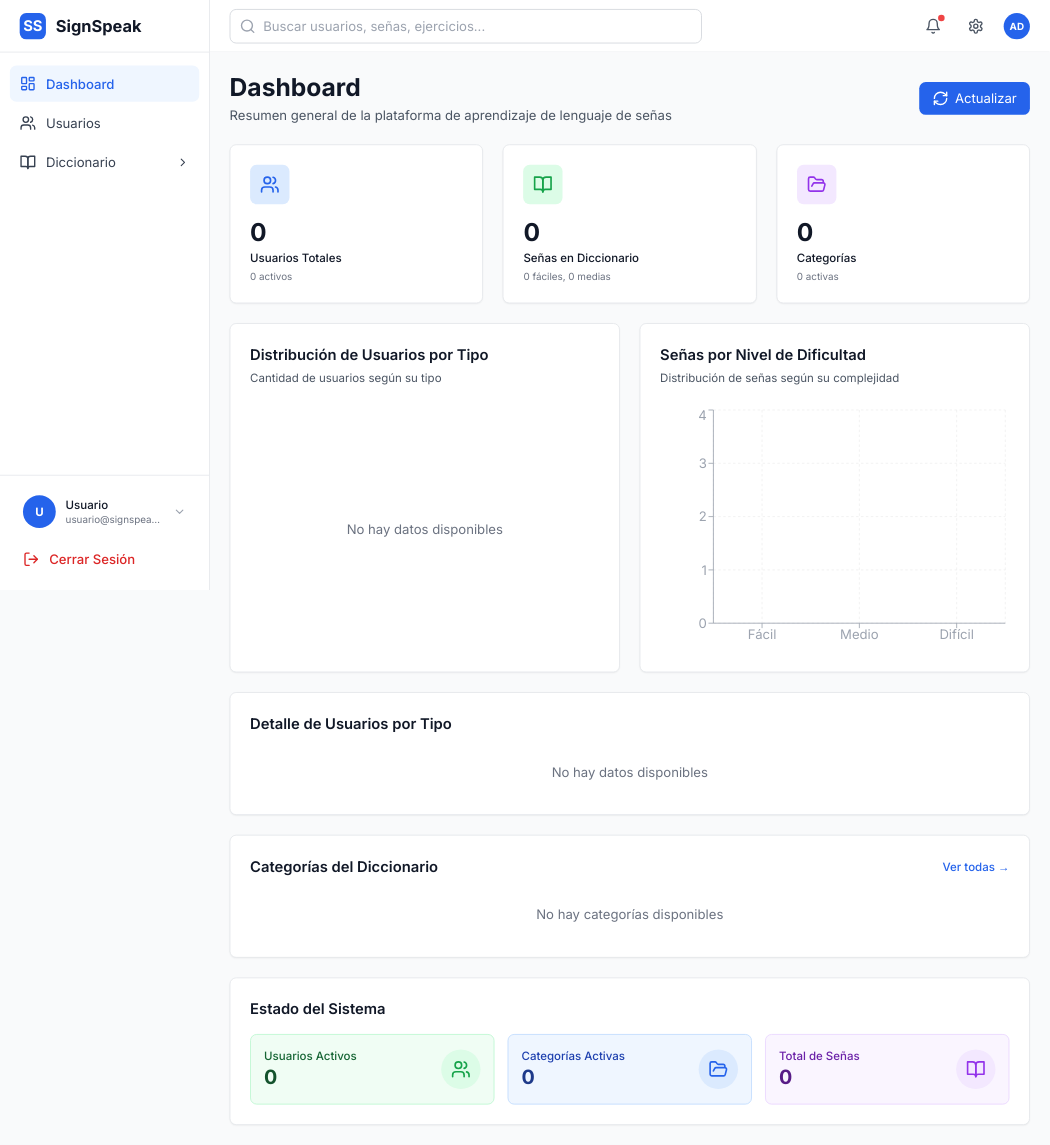
Repository: Aucarure/SignSpeak
Page: /login (app in Administrador/frontend/)
An editor plug-in stored every save of this project. The page is shown before and after the next save, followed by the edit.
The browser window is 1280 px wide. The pictures show the whole page, at 82% of full size.
The page's requests for data from a server got no answer. The project was rebuilt for these pictures with package versions that can differ from the ones it lists, and the page was loaded fresh each time. No one was signed in, and anything a server would have sent is missing. Also part of the build but not shown: Administrador/frontend/src/pages/usuarios/UsuariosPage.jsx, Administrador/frontend/src/pages/diccionario/DiccionarioPage.jsx, Administrador/frontend/src/pages/diccionario/CategoriasPage.jsx, Administrador/frontend/src/hooks/useEjercicios.js, Administrador/frontend/src/components/forms/EjercicioForm.jsx, Administrador/frontend/src/pages/ejercicios/EjerciciosPage.jsx, Administrador/frontend/src/hooks/useSesiones.js, Administrador/frontend/src/pages/ejercicios/SesionesPage.jsx and 4 more.

Above is the page before, as saved 2025-12-05 01:47:29.

### Administrador/frontend/index.html
<!doctype html>
<html lang="es">
  <head>
    <meta charset="UTF-8" />
    <link rel="icon" type="image/svg+xml" href="/vite.svg" />
    <meta name="viewport" content="width=device-width, initial-scale=1.0" />
    <title>SignSpeak Admin</title>
    <link rel="preconnect" href="https://fonts.googleapis.com">
    <link rel="preconnect" href="https://fonts.gstatic.com" crossorigin>
    <link href="https://fonts.googleapis.com/css2?family=Inter:wght@300;400;500;600;700&display=swap" rel="stylesheet">
  </head>
  <body>
    <div id="root"></div>
    <script type="module" src="/src/main.jsx"></script>
  </body>
</html>

### Administrador/frontend/src/main.jsx
import React from 'react'
import ReactDOM from 'react-dom/client'
import { BrowserRouter } from 'react-router-dom'
import { Toaster } from 'sonner'
import App from './App.jsx'
import './index.css'

ReactDOM.createRoot(document.getElementById('root')).render(
  <React.StrictMode>
    <BrowserRouter>
      <App />
      <Toaster position="top-right" richColors />
    </BrowserRouter>
  </React.StrictMode>,
)

### Administrador/frontend/src/App.jsx
// ============================================
// ARCHIVO: src/App.jsx (PROYECTO ADMIN - puerto 5174)
// SIN PROTECCIÓN - Funciona como antes
// ============================================
import { Routes, Route, Navigate } from 'react-router-dom'
import Layout from './components/layout/Layout'

// Páginas
import Dashboard from './pages/Dashboard'
import UsuariosPage from './pages/usuarios/UsuariosPage'
import DiccionarioPage from './pages/diccionario/DiccionarioPage'
import CategoriasPage from './pages/diccionario/CategoriasPage'
import EjerciciosPage from './pages/ejercicios/EjerciciosPage'
import SesionesPage from './pages/ejercicios/SesionesPage'
import ProgresoPage from './pages/progreso/ProgresoPage'
import DetalleUsuarioPage from './pages/progreso/DetalleUsuarioPage'
import ErroresPage from './pages/progreso/ErroresPage'

function App() {
  return (
    <Routes>
      {/* Ruta raíz redirige a dashboard */}
      <Route path="/" element={<Navigate to="/dashboard" replace />} />

      {/* Todas las rutas SIN protección */}
      <Route
        path="/dashboard"
        element={
          <Layout>
            <Dashboard />
          </Layout>
        }
      />

      <Route
        path="/usuarios"
        element={
          <Layout>
            <UsuariosPage />
          </Layout>
        }
      />

      <Route
        path="/diccionario"
        element={
          <Layout>
            <DiccionarioPage />
          </Layout>
        }
      />

      <Route
        path="/diccionario/categorias"
        element={
          <Layout>
            <CategoriasPage />
          </Layout>
        }
      />

      <Route
        path="/ejercicios"
        element={
          <Layout>
            <EjerciciosPage />
          </Layout>
        }
      />

      <Route
        path="/ejercicios/sesiones"
        element={
          <Layout>
            <SesionesPage />
          </Layout>
        }
      />

      <Route
        path="/progreso"
        element={
          <Layout>
            <ProgresoPage />
          </Layout>
        }
      />

      <Route
        path="/progreso/errores"
        element={
          <Layout>
            <ErroresPage />
          </Layout>
        }
      />

      <Route
        path="/progreso/:usuarioId"
        element={
          <Layout>
            <DetalleUsuarioPage />
          </Layout>
        }
      />

      {/* Ruta 404 */}
      <Route path="*" element={<Navigate to="/dashboard" replace />} />
    </Routes>
  )
}

export default App

### Administrador/frontend/src/index.css
@tailwind base;
@tailwind components;
@tailwind utilities;

@layer base {
  * {
    @apply border-gray-200;
  }

  body {
    @apply bg-gray-50 text-gray-900 font-sans;
  }
}


@layer components {
  .btn {
    @apply px-4 py-2 rounded-lg font-medium transition-colors duration-200;
  }

  .btn-primary {
    @apply bg-blue-600 text-white hover:bg-blue-700 active:bg-blue-800;
  }

  .btn-secondary {
    @apply bg-gray-200 text-gray-800 hover:bg-gray-300;
  }

  .btn-danger {
    @apply bg-red-600 text-white hover:bg-red-700;
  }

  .card {
    @apply bg-white rounded-lg shadow-sm border border-gray-200 p-6;
  }

  .input {
    @apply w-full px-3 py-2 border border-gray-300 rounded-lg focus:outline-none focus:ring-2 focus:ring-blue-500 focus:border-transparent;
  }

  .label {
    @apply block text-sm font-medium text-gray-700 mb-2;
  }
}

@layer utilities {
  .scrollbar-hide::-webkit-scrollbar {
    display: none;
  }

  .scrollbar-hide {
    -ms-overflow-style: none;
    scrollbar-width: none;
  }
}

### Administrador/frontend/src/components/layout/Layout.jsx
import Sidebar from './Sidebar'
import Header from './Header'

export default function Layout({ children }) {
  return (
    <div className="min-h-screen bg-gray-50">
      <Sidebar />
      <Header />

      {/* Main Content */}
      <main className="ml-64 mt-16 p-6">
        <div className="max-w-7xl mx-auto">
          {children}
        </div>
      </main>
    </div>
  )
}

### Administrador/frontend/src/components/layout/Sidebar.jsx
// ============================================
// ARCHIVO: src/components/layout/Sidebar.jsx
// ============================================
import { useState, useEffect } from 'react'
import { Link, useLocation } from 'react-router-dom'
import {
  LayoutDashboard,
  Users,
  BookOpen,
  ChevronDown,
  ChevronRight,
  LogOut,
  User,
  Settings
} from 'lucide-react'

const navigation = [
  {
    name: 'Dashboard',
    href: '/dashboard',
    icon: LayoutDashboard,
  },
  {
    name: 'Usuarios',
    href: '/usuarios',
    icon: Users,
  },
  {
    name: 'Diccionario',
    icon: BookOpen,
    children: [
      { name: 'Señas', href: '/diccionario' },
      { name: 'Categorías', href: '/diccionario/categorias' },
    ],
  },
]

export default function Sidebar() {
  const location = useLocation()
  const [openMenus, setOpenMenus] = useState({})
  const [userInfo, setUserInfo] = useState(null)
  const [showUserMenu, setShowUserMenu] = useState(false)

  // Cargar información del usuario desde localStorage
  useEffect(() => {
    const storedUser = localStorage.getItem('user')
    if (storedUser) {
      try {
        const user = JSON.parse(storedUser)
        setUserInfo(user)
      } catch (error) {
        console.error('Error al parsear usuario:', error)
      }
    }
  }, [])

  const handleLogout = () => {
    if (window.confirm('¿Estás seguro de cerrar sesión?')) {
      // Limpiar todo el localStorage
      localStorage.removeItem('token')
      localStorage.removeItem('refreshToken')
      localStorage.removeItem('user')

      // Redirigir al login externo
      window.location.href = 'http://localhost:3000/login'
    }
  }

  const toggleMenu = (name) => {
    setOpenMenus(prev => ({
      ...prev,
      [name]: !prev[name]
    }))
  }

  const isActive = (href) => {
    return location.pathname === href || location.pathname.startsWith(href + '/')
  }

  const isParentActive = (children) => {
    return children?.some(child => isActive(child.href))
  }

  // Función para obtener las iniciales del nombre
  const getInitials = (name) => {
    if (!name) return 'U'
    const words = name.trim().split(' ')
    if (words.length >= 2) {
      return `${words[0][0]}${words[1][0]}`.toUpperCase()
    }
    return name.substring(0, 2).toUpperCase()
  }

  // Función para obtener un color basado en el nombre
  const getAvatarColor = (name) => {
    if (!name) return 'bg-blue-600'

    const colors = [
      'bg-blue-600',
      'bg-green-600',
      'bg-purple-600',
      'bg-pink-600',
      'bg-indigo-600',
      'bg-red-600',
      'bg-yellow-600',
      'bg-teal-600'
    ]

    const charCode = name.charCodeAt(0)
    return colors[charCode % colors.length]
  }

  return (
    <aside className="fixed top-0 left-0 h-screen w-64 bg-white border-r border-gray-200 z-20">
      <div className="flex flex-col h-full">
        {/* Logo / Brand */}
        <div className="h-16 flex items-center px-6 border-b border-gray-200">
          <div className="flex items-center space-x-3">
            <div className="w-8 h-8 bg-blue-600 rounded-lg flex items-center justify-center">
              <span className="text-white font-bold text-lg">SS</span>
            </div>
            <span className="text-xl font-bold text-gray-900">SignSpeak</span>
          </div>
        </div>

        {/* Navigation Menu */}
        <nav className="flex-1 overflow-y-auto py-4 px-3">
          <ul className="space-y-1">
            {navigation.map((item) => {
              const Icon = item.icon
              const hasChildren = item.children && item.children.length > 0
              const isOpen = openMenus[item.name]
              const parentActive = hasChildren && isParentActive(item.children)

              // Si NO tiene hijos (es un link directo)
              if (!hasChildren) {
                return (
                  <li key={item.name}>
                    <Link
                      to={item.href}
                      className={`
                        flex items-center space-x-3 px-3 py-2.5 rounded-lg
                        transition-all duration-200
                        ${isActive(item.href)
                          ? 'bg-blue-50 text-blue-600 font-medium'
                          : 'text-gray-700 hover:bg-gray-100'
                        }
                      `}
                    >
                      <Icon className="w-5 h-5 flex-shrink-0" />
                      <span>{item.name}</span>
                    </Link>
                  </li>
                )
              }

              // Si TIENE hijos (menú desplegable)
              return (
                <li key={item.name}>
                  {/* Parent Button */}
                  <button
                    onClick={() => toggleMenu(item.name)}
                    className={`
                      w-full flex items-center justify-between px-3 py-2.5 rounded-lg
                      transition-all duration-200
                      ${parentActive
                        ? 'bg-blue-50 text-blue-600 font-medium'
                        : 'text-gray-700 hover:bg-gray-100'
                      }
                    `}
                  >
                    <div className="flex items-center space-x-3">
                      <Icon className="w-5 h-5 flex-shrink-0" />
                      <span>{item.name}</span>
                    </div>
                    {isOpen ? (
                      <ChevronDown className="w-4 h-4" />
                    ) : (
                      <ChevronRight className="w-4 h-4" />
                    )}
                  </button>

                  {/* Submenu */}
                  {isOpen && (
                    <ul className="mt-1 ml-8 space-y-1">
                      {item.children.map((child) => (
                        <li key={child.href}>
                          <Link
                            to={child.href}
                            className={`
                              block px-3 py-2 rounded-lg text-sm
                              transition-all duration-200
                              ${isActive(child.href)
                                ? 'bg-blue-50 text-blue-600 font-medium'
                                : 'text-gray-600 hover:bg-gray-100 hover:text-gray-900'
                              }
                            `}
                          >
                            {child.name}
                          </Link>
                        </li>
                      ))}
                    </ul>
                  )}
                </li>
              )
            })}
          </ul>
        </nav>

        {/* Footer / User Info */}
        <div className="p-4 border-t border-gray-200">
          {/* User Info Card */}
          <div className="relative">
            <button
              onClick={() => setShowUserMenu(!showUserMenu)}
              className="w-full flex items-center space-x-3 px-3 py-2 mb-2 rounded-lg hover:bg-gray-50 transition-colors"
            >
              {/* Avatar */}
              <div className={`w-10 h-10 ${getAvatarColor(userInfo?.nombre)} rounded-full flex items-center justify-center flex-shrink-0`}>
                <span className="text-sm font-bold text-white">
                  {getInitials(userInfo?.nombre)}
                </span>
              </div>

              {/* User Info */}
              <div className="flex-1 min-w-0 text-left">
                <p className="text-sm font-medium text-gray-900 truncate">
                  {userInfo?.nombre || 'Usuario'}
                </p>
                <p className="text-xs text-gray-500 truncate">
                  {userInfo?.email || 'usuario@signspeak.com'}
                </p>
              </div>

              {/* Dropdown Icon */}
              <ChevronDown className={`w-4 h-4 text-gray-400 transition-transform ${showUserMenu ? 'rotate-180' : ''}`} />
            </button>

            {/* Dropdown Menu */}
            {showUserMenu && (
              <div className="absolute bottom-full left-0 right-0 mb-2 bg-white border border-gray-200 rounded-lg shadow-lg overflow-hidden">
                <div className="p-3 border-b border-gray-100">
                  <p className="text-xs font-medium text-gray-500 uppercase">Tipo de Usuario</p>
                  <p className="text-sm font-semibold text-gray-900 capitalize mt-1">
                    {userInfo?.tipoUsuario || userInfo?.tipo_usuario || 'No especificado'}
                  </p>
                </div>

                <Link
                  to="/perfil"
                  className="flex items-center space-x-2 px-3 py-2 text-sm text-gray-700 hover:bg-gray-50 transition-colors"
                  onClick={() => setShowUserMenu(false)}
                >
                  <User className="w-4 h-4" />
                  <span>Mi Perfil</span>
                </Link>

                <Link
                  to="/configuracion"
                  className="flex items-center space-x-2 px-3 py-2 text-sm text-gray-700 hover:bg-gray-50 transition-colors"
                  onClick={() => setShowUserMenu(false)}
                >
                  <Settings className="w-4 h-4" />
                  <span>Configuración</span>
                </Link>
              </div>
            )}
          </div>

          {/* Botón Cerrar Sesión */}
          <button
            onClick={handleLogout}
            className="w-full flex items-center space-x-3 px-3 py-2.5 rounded-lg text-red-600 hover:bg-red-50 transition-colors"
          >
            <LogOut className="w-5 h-5" />
            <span className="font-medium">Cerrar Sesión</span>
          </button>
        </div>
      </div>
    </aside>
  )
}

### Administrador/frontend/src/components/layout/Header.jsx
import { Search, Bell, Settings } from 'lucide-react'

export default function Header() {
  return (
    <header className="fixed top-0 right-0 left-64 h-16 bg-white border-b border-gray-200 z-10">
      <div className="h-full px-6 flex items-center justify-between">
        {/* Search Bar */}
        <div className="flex-1 max-w-xl">
          <div className="relative">
            <Search className="absolute left-3 top-1/2 transform -translate-y-1/2 w-5 h-5 text-gray-400" />
            <input
              type="text"
              placeholder="Buscar usuarios, señas, ejercicios..."
              className="w-full pl-10 pr-4 py-2 border border-gray-300 rounded-lg focus:outline-none focus:ring-2 focus:ring-blue-500 focus:border-transparent"
            />
          </div>
        </div>

        {/* Right Side */}
        <div className="flex items-center space-x-4">
          {/* Notifications */}
          <button className="relative p-2 text-gray-600 hover:bg-gray-100 rounded-lg transition-colors">
            <Bell className="w-5 h-5" />
            <span className="absolute top-1 right-1 w-2 h-2 bg-red-500 rounded-full"></span>
          </button>

          {/* Settings */}
          <button className="p-2 text-gray-600 hover:bg-gray-100 rounded-lg transition-colors">
            <Settings className="w-5 h-5" />
          </button>

          {/* User Avatar */}
          <div className="flex items-center space-x-3">
            <div className="w-8 h-8 bg-blue-600 rounded-full flex items-center justify-center">
              <span className="text-xs font-bold text-white">AD</span>
            </div>
          </div>
        </div>
      </div>
    </header>
  )
}

Loaded but not shown: Administrador/frontend/src/api/progreso.js (133 lines, source omitted); Administrador/frontend/src/api/ejercicios.js (98 lines, source omitted); Administrador/frontend/src/api/diccionario.js (27 lines, source omitted); Administrador/frontend/src/api/usuarios.js (37 lines, source omitted); Administrador/frontend/tailwind.config.js (41 lines, source omitted); Administrador/frontend/src/api/axios.js (24 lines, source omitted); Administrador/frontend/src/api/index.js (10 lines, source omitted); Administrador/frontend/src/pages/Dashboard.jsx (421 lines, source omitted)

After the next save:
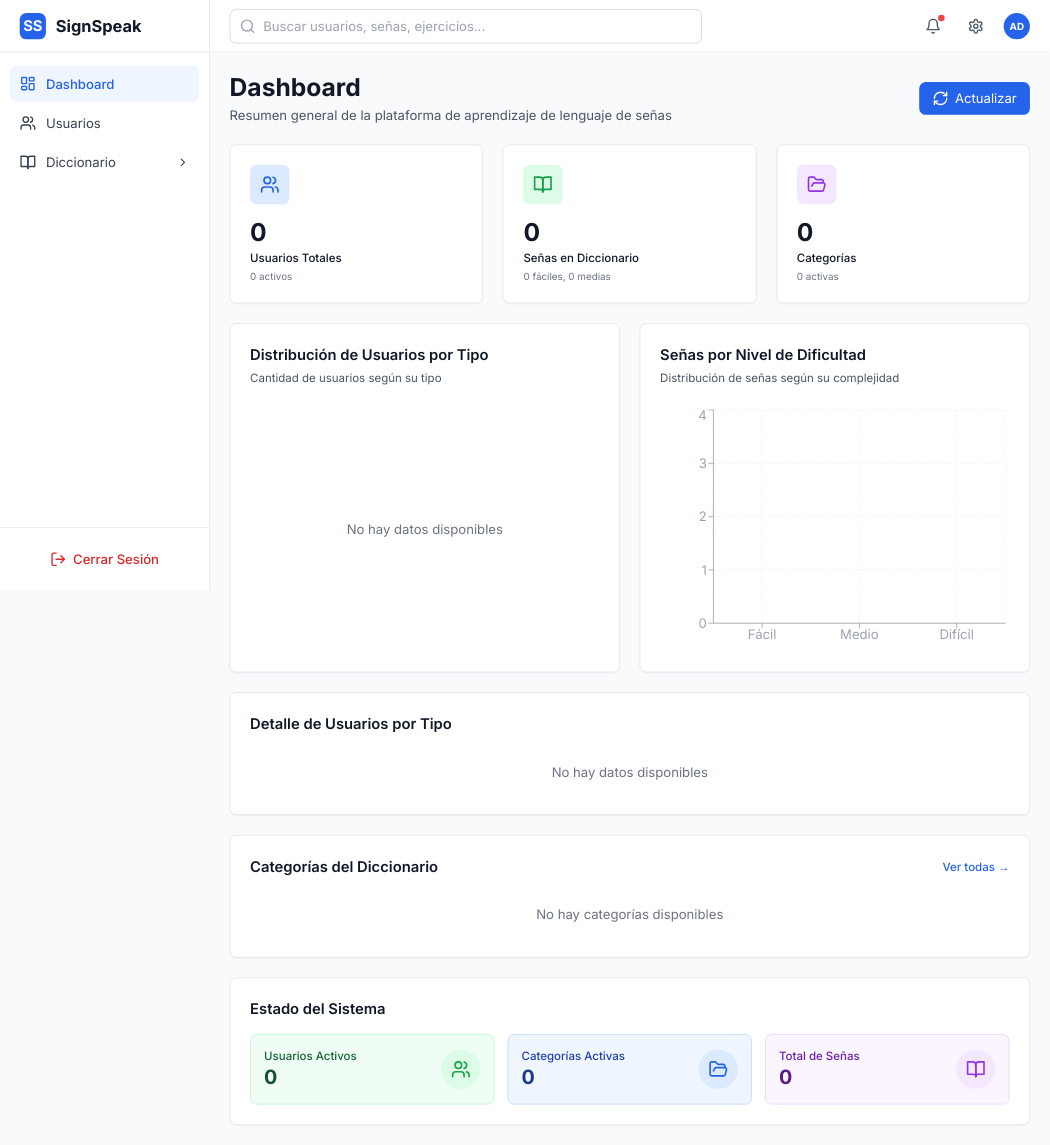
Saved 119 s later.
--- a/Administrador/frontend/src/components/layout/Sidebar.jsx
+++ b/Administrador/frontend/src/components/layout/Sidebar.jsx
@@ -9,9 +9,7 @@ import {
   BookOpen,
   ChevronDown,
   ChevronRight,
-  LogOut,
-  User,
-  Settings
+  LogOut
 } from 'lucide-react'
 
 const navigation = [
@@ -38,21 +36,6 @@ const navigation = [
 export default function Sidebar() {
   const location = useLocation()
   const [openMenus, setOpenMenus] = useState({})
-  const [userInfo, setUserInfo] = useState(null)
-  const [showUserMenu, setShowUserMenu] = useState(false)
-
-  // Cargar información del usuario desde localStorage
-  useEffect(() => {
-    const storedUser = localStorage.getItem('user')
-    if (storedUser) {
-      try {
-        const user = JSON.parse(storedUser)
-        setUserInfo(user)
-      } catch (error) {
-        console.error('Error al parsear usuario:', error)
-      }
-    }
-  }, [])
 
   const handleLogout = () => {
     if (window.confirm('¿Estás seguro de cerrar sesión?')) {
@@ -79,35 +62,6 @@ export default function Sidebar() {
 
   const isParentActive = (children) => {
     return children?.some(child => isActive(child.href))
-  }
-
-  // Función para obtener las iniciales del nombre
-  const getInitials = (name) => {
-    if (!name) return 'U'
-    const words = name.trim().split(' ')
-    if (words.length >= 2) {
-      return `${words[0][0]}${words[1][0]}`.toUpperCase()
-    }
-    return name.substring(0, 2).toUpperCase()
-  }
-
-  // Función para obtener un color basado en el nombre
-  const getAvatarColor = (name) => {
-    if (!name) return 'bg-blue-600'
-
-    const colors = [
-      'bg-blue-600',
-      'bg-green-600',
-      'bg-purple-600',
-      'bg-pink-600',
-      'bg-indigo-600',
-      'bg-red-600',
-      'bg-yellow-600',
-      'bg-teal-600'
-    ]
-
-    const charCode = name.charCodeAt(0)
-    return colors[charCode % colors.length]
   }
 
   return (
@@ -208,73 +162,14 @@ export default function Sidebar() {
           </ul>
         </nav>
 
-        {/* Footer / User Info */}
+        {/* Footer - Botón Cerrar Sesión */}
         <div className="p-4 border-t border-gray-200">
-          {/* User Info Card */}
-          <div className="relative">
-            <button
-              onClick={() => setShowUserMenu(!showUserMenu)}
-              className="w-full flex items-center space-x-3 px-3 py-2 mb-2 rounded-lg hover:bg-gray-50 transition-colors"
-            >
-              {/* Avatar */}
-              <div className={`w-10 h-10 ${getAvatarColor(userInfo?.nombre)} rounded-full flex items-center justify-center flex-shrink-0`}>
-                <span className="text-sm font-bold text-white">
-                  {getInitials(userInfo?.nombre)}
-                </span>
-              </div>
-
-              {/* User Info */}
-              <div className="flex-1 min-w-0 text-left">
-                <p className="text-sm font-medium text-gray-900 truncate">
-                  {userInfo?.nombre || 'Usuario'}
-                </p>
-                <p className="text-xs text-gray-500 truncate">
-                  {userInfo?.email || 'usuario@signspeak.com'}
-                </p>
-              </div>
-
-              {/* Dropdown Icon */}
-              <ChevronDown className={`w-4 h-4 text-gray-400 transition-transform ${showUserMenu ? 'rotate-180' : ''}`} />
-            </button>
-
-            {/* Dropdown Menu */}
-            {showUserMenu && (
-              <div className="absolute bottom-full left-0 right-0 mb-2 bg-white border border-gray-200 rounded-lg shadow-lg overflow-hidden">
-                <div className="p-3 border-b border-gray-100">
-                  <p className="text-xs font-medium text-gray-500 uppercase">Tipo de Usuario</p>
-                  <p className="text-sm font-semibold text-gray-900 capitalize mt-1">
-                    {userInfo?.tipoUsuario || userInfo?.tipo_usuario || 'No especificado'}
-                  </p>
-                </div>
-
-                <Link
-                  to="/perfil"
-                  className="flex items-center space-x-2 px-3 py-2 text-sm text-gray-700 hover:bg-gray-50 transition-colors"
-                  onClick={() => setShowUserMenu(false)}
-                >
-                  <User className="w-4 h-4" />
-                  <span>Mi Perfil</span>
-                </Link>
-
-                <Link
-                  to="/configuracion"
-                  className="flex items-center space-x-2 px-3 py-2 text-sm text-gray-700 hover:bg-gray-50 transition-colors"
-                  onClick={() => setShowUserMenu(false)}
-                >
-                  <Settings className="w-4 h-4" />
-                  <span>Configuración</span>
-                </Link>
-              </div>
-            )}
-          </div>
-
-          {/* Botón Cerrar Sesión */}
           <button
             onClick={handleLogout}
-            className="w-full flex items-center space-x-3 px-3 py-2.5 rounded-lg text-red-600 hover:bg-red-50 transition-colors"
+            className="w-full flex items-center justify-center space-x-2 px-4 py-2.5 rounded-lg text-red-600 hover:bg-red-50 transition-colors font-medium"
           >
             <LogOut className="w-5 h-5" />
-            <span className="font-medium">Cerrar Sesión</span>
+            <span>Cerrar Sesión</span>
           </button>
         </div>
       </div>
